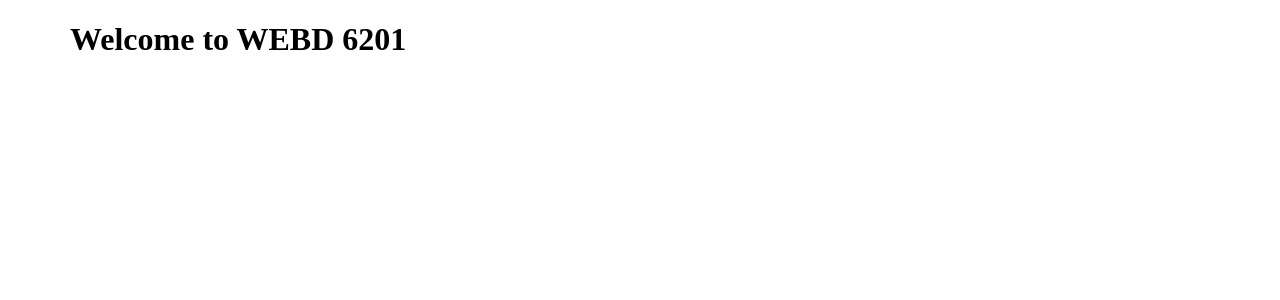
Repository: vans12345678/WEBD6201-W2021-Week3
Page: index.html
The author's editor kept a copy of each file at every save. The page is drawn from the files as they stood at one save, then again after the next save.
The browser window is 1280 px wide. The pictures show the whole page.

Above is the page before, as saved 2021-01-20 20:18:44.

After the next save:
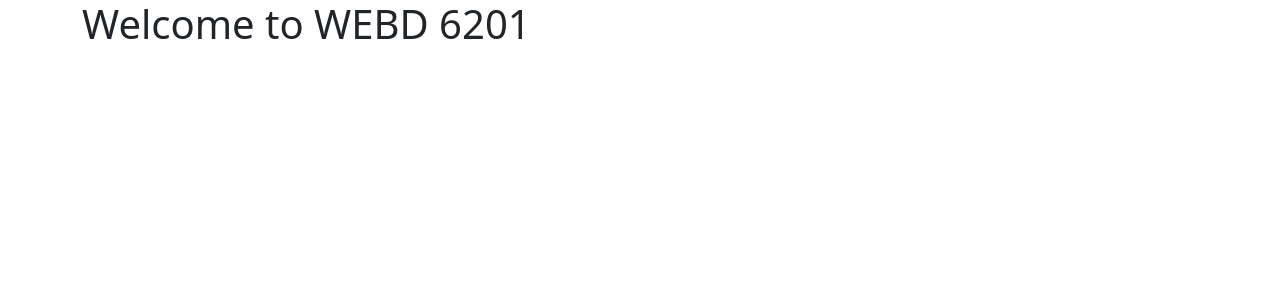
Saved 63 s later.
--- a/index.html
+++ b/index.html
@@ -7,7 +7,7 @@
 
     <!-- CSS Section -->
     <link rel="stylesheet" href="./Content/app.css">
-    <link rel="stylesheet" href="./node_modules/bootstrap/dist/css/bootstrap-grid.min.css">
+    <link rel="stylesheet" href="./node_modules/bootstrap/dist/css/bootstrap.min.css">
     <link rel="stylesheet" href="./node_modules/@fortawesome/fontawesome-free/css/all.min.css">
 </head>
 
